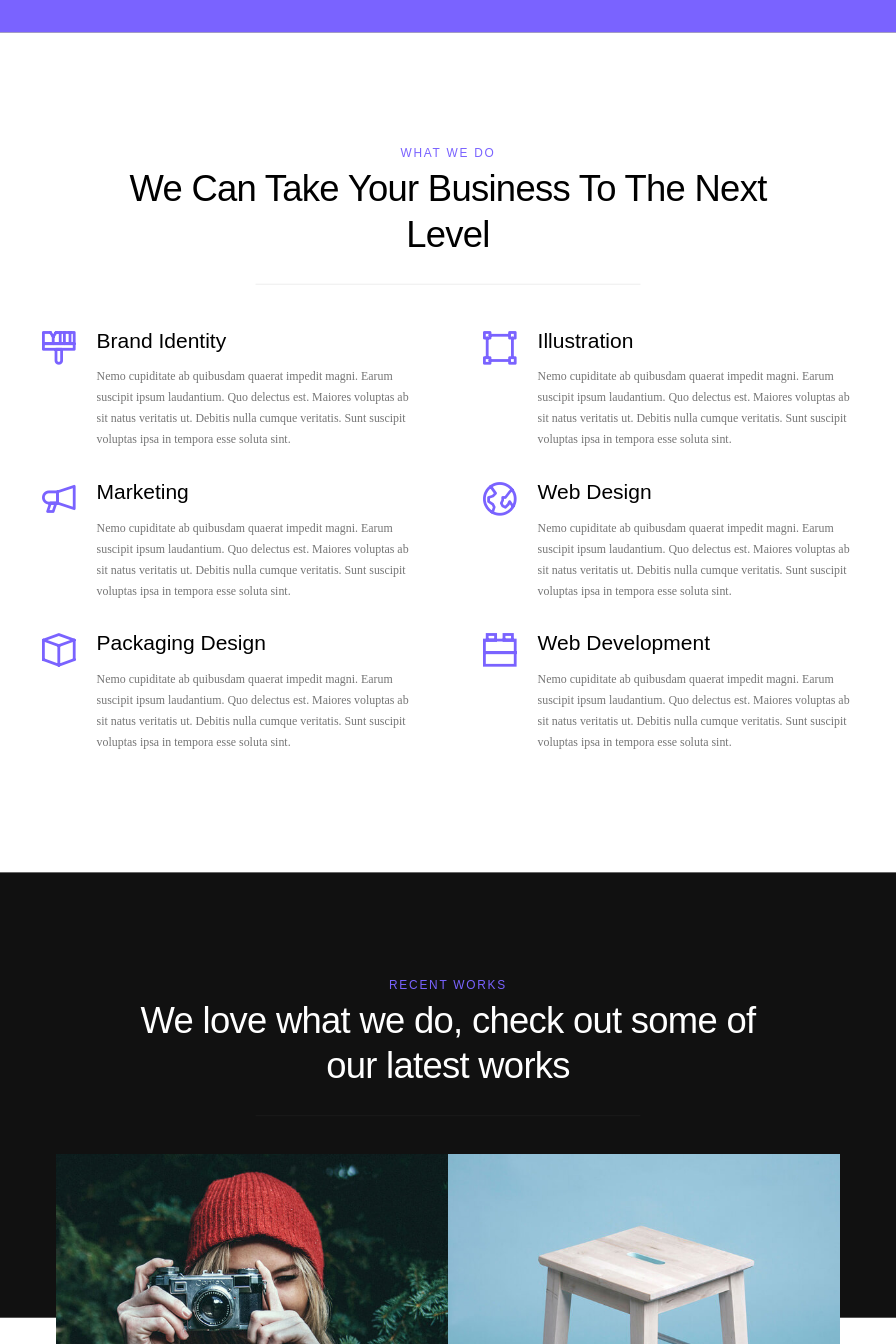
Repository: ahsankalim09/light-Agency
Page: index.html
The author's editor kept a copy of each file at every save. The page is drawn from the files as they stood at one save, then again after the next save.
The browser window is 1280 px wide. The pictures show the part of the page from y = 1588 to 3508 px (the page is 8360 px tall before and 8329 px after), at 70% of full size.
Some web fonts or font styles are not loaded; a fallback is used.

Above is the page before, as saved 2020-12-27 19:32:28.

### index.html
<!DOCTYPE html>
<!--[if lt IE 9 ]><html class="no-js oldie" lang="en"> <![endif]-->
<!--[if IE 9 ]><html class="no-js oldie ie9" lang="en"> <![endif]-->
<!--[if (gte IE 9)|!(IE)]><!-->
<html class="no-js" lang="en">
<!--<![endif]-->

<!-- Mirrored from preview.colorlib.com/theme/Softive Solutions/ by HTTrack Website Copier/3.x [XR&CO'2014], Sun, 27 Dec 2020 13:01:51 GMT -->
<head>

<meta charset="utf-8">
<title>Softive Solutions</title>
<meta name="description" content="">
<meta name="author" content="">

<meta name="viewport" content="width=device-width, initial-scale=1">

<link rel="stylesheet" href="css/base.css">
<link rel="stylesheet" href="css/vendor.css">
<link rel="stylesheet" href="css/main.css">

<script src="js/modernizr.js"></script>
<script src="js/pace.min.js"></script>

<link rel="shortcut icon" href="favicon.ico" type="image/x-icon">
<link rel="icon" href="favicon.ico" type="image/x-icon">
</head>
<body id="top">

<header class="s-header">
<div class="header-logo">
<a class="site-logo" href="index-2.html">
<img src="images/logo.png" alt="Homepage">
</a>
</div>
<nav class="header-nav">
<a href="#0" class="header-nav__close" title="close"><span>Close</span></a>
<div class="header-nav__content">
<h3>Navigation</h3>
<ul class="header-nav__list">
<li class="current"><a class="smoothscroll" href="#home" title="home">Home</a></li>
<li><a class="smoothscroll" href="#about" title="about">About</a></li>
<li><a class="smoothscroll" href="#services" title="services">Services</a></li>
<li><a class="smoothscroll" href="#works" title="works">Works</a></li>
<li><a class="smoothscroll" href="#clients" title="clients">Clients</a></li>
<li><a class="smoothscroll" href="#contact" title="contact">Contact</a></li>
</ul>
<p>Perspiciatis hic praesentium nesciunt. Et neque a dolorum <a href='#0'>voluptatem</a> porro iusto sequi veritatis libero enim. Iusto id suscipit veritatis neque reprehenderit.</p>
<ul class="header-nav__social">
<li>
<a href="#"><i class="fa fa-facebook"></i></a>
</li>
<li>
<a href="#"><i class="fa fa-twitter"></i></a>
</li>
<li>
<a href="#"><i class="fa fa-instagram"></i></a>
</li>
<li>
<a href="#"><i class="fa fa-behance"></i></a>
</li>
<li>
<a href="#"><i class="fa fa-dribbble"></i></a>
</li>
</ul>
</div>
</nav>
<a class="header-menu-toggle" href="#0">
<span class="header-menu-text">Menu</span>
<span class="header-menu-icon"></span>
</a>
</header>

<section id="home" class="s-home target-section" data-parallax="scroll" data-image-src="images/hero-bg.jpg" data-natural-width=3000 data-natural-height=2000 data-position-y=center>
<div class="overlay"></div>
<div class="shadow-overlay"></div>
<div class="home-content">
<div class="row home-content__main">
<h3>Welcome to Softive Solutions</h3>
<h2 style="color: white;">
We are a creative group <br>
Influential brands and digital experiences <br>
for Website, Desktop and mobile applications.
</h2 >
<div class="home-content__buttons">
<a href="#contact" class="smoothscroll btn btn--stroke">
Start a Project
</a>
<a href="#about" class="smoothscroll btn btn--stroke">
More About Us
</a>
</div>
</div>
<div class="home-content__scroll">
<a href="#about" class="scroll-link smoothscroll">
<span>Scroll Down</span>
</a>
</div>
<div class="home-content__line"></div>
</div>
<ul class="home-social">
<li>
<a href="#0"><i class="fa fa-facebook" aria-hidden="true"></i><span>Facebook</span></a>
</li>
<li>
<a href="#0"><i class="fa fa-twitter" aria-hidden="true"></i><span>Twiiter</span></a>
</li>
<li>
<a href="#0"><i class="fa fa-instagram" aria-hidden="true"></i><span>Instagram</span></a>
</li>
<li>
<a href="#0"><i class="fa fa-behance" aria-hidden="true"></i><span>Behance</span></a>
</li>
<li>
<a href="#0"><i class="fa fa-dribbble" aria-hidden="true"></i><span>Dribbble</span></a>
</li>
</ul>

</section>

<section id='about' class="s-about">
<div class="row section-header has-bottom-sep" data-aos="fade-up">
<div class="col-full">
<h3 class="subhead subhead--dark">We Are</h3>
<h5 class="display-1 display-1--light">Softive Solutions</h5>
</div>
</div>
<div class="row about-desc" data-aos="fade-up">
<div class="col-full">
<p>
    Provides your business with the most comprehensive and affordable Internet marketing and Software development services to grow your business. We have all the tools and resources that can help you establish and develop your busines.
</p>
</div>
</div>
<div class="row about-stats stats block-1-4 block-m-1-2 block-mob-full" data-aos="fade-up">
<div class="col-block stats__col ">
<div class="stats__count">12</div>
<h5>Awards Received</h5>
</div>
<div class="col-block stats__col">
<div class="stats__count">155</div>
<h5>Technologies</h5>
</div>
<div class="col-block stats__col">
<div class="stats__count">98</div>
<h5>Projects Completed</h5>
</div>
<div class="col-block stats__col">
<div class="stats__count">122</div>
<h5>Happy Clients</h5>
</div>
</div>
<div class="about__line"></div>
</section>

<section id='services' class="s-services">
<div class="row section-header has-bottom-sep" data-aos="fade-up">
<div class="col-full">
<h3 class="subhead">What We Do</h3>
<h1 class="display-2">We Can Take Your Business To The Next Level</h1>
</div>
</div>
<div class="row services-list block-1-2 block-tab-full">
<div class="col-block service-item" data-aos="fade-up">
<div class="service-icon">
<i class="icon-paint-brush"></i>
</div>
<div class="service-text">
<h3 class="h2">Brand Identity</h3>
<p>Nemo cupiditate ab quibusdam quaerat impedit magni. Earum suscipit ipsum laudantium.
Quo delectus est. Maiores voluptas ab sit natus veritatis ut. Debitis nulla cumque veritatis.
Sunt suscipit voluptas ipsa in tempora esse soluta sint.
</p>
</div>
</div>
<div class="col-block service-item" data-aos="fade-up">
<div class="service-icon">
<i class="icon-group"></i>
</div>
<div class="service-text">
<h3 class="h2">Illustration</h3>
<p>Nemo cupiditate ab quibusdam quaerat impedit magni. Earum suscipit ipsum laudantium.
Quo delectus est. Maiores voluptas ab sit natus veritatis ut. Debitis nulla cumque veritatis.
Sunt suscipit voluptas ipsa in tempora esse soluta sint.
</p>
</div>
</div>
<div class="col-block service-item" data-aos="fade-up">
<div class="service-icon">
<i class="icon-megaphone"></i>
</div>
<div class="service-text">
<h3 class="h2">Marketing</h3>
<p>Nemo cupiditate ab quibusdam quaerat impedit magni. Earum suscipit ipsum laudantium.
Quo delectus est. Maiores voluptas ab sit natus veritatis ut. Debitis nulla cumque veritatis.
Sunt suscipit voluptas ipsa in tempora esse soluta sint.
</p>
</div>
</div>
<div class="col-block service-item" data-aos="fade-up">
<div class="service-icon">
<i class="icon-earth"></i>
</div>
<div class="service-text">
<h3 class="h2">Web Design</h3>
<p>Nemo cupiditate ab quibusdam quaerat impedit magni. Earum suscipit ipsum laudantium.
Quo delectus est. Maiores voluptas ab sit natus veritatis ut. Debitis nulla cumque veritatis.
Sunt suscipit voluptas ipsa in tempora esse soluta sint.
</p>
</div>
</div>
<div class="col-block service-item" data-aos="fade-up">
<div class="service-icon">
<i class="icon-cube"></i>
</div>
<div class="service-text">
<h3 class="h2">Packaging Design</h3>
<p>Nemo cupiditate ab quibusdam quaerat impedit magni. Earum suscipit ipsum laudantium.
Quo delectus est. Maiores voluptas ab sit natus veritatis ut. Debitis nulla cumque veritatis.
Sunt suscipit voluptas ipsa in tempora esse soluta sint.
</p>
</div>
</div>
<div class="col-block service-item" data-aos="fade-up">
<div class="service-icon"><i class="icon-lego-block"></i></div>
<div class="service-text">
<h3 class="h2">Web Development</h3>
<p>Nemo cupiditate ab quibusdam quaerat impedit magni. Earum suscipit ipsum laudantium.
Quo delectus est. Maiores voluptas ab sit natus veritatis ut. Debitis nulla cumque veritatis.
Sunt suscipit voluptas ipsa in tempora esse soluta sint.
</p>
</div>
</div>
</div>
</section>

<section id='works' class="s-works">
<div class="intro-wrap">
<div class="row section-header has-bottom-sep light-sep" data-aos="fade-up">
<div class="col-full">
<h3 class="subhead">Recent Works</h3>
<h1 class="display-2 display-2--light">We love what we do, check out some of our latest works</h1>
</div>
</div>
</div>
<div class="row works-content">
<div class="col-full masonry-wrap">
<div class="masonry">
<div class="masonry__brick" data-aos="fade-up">
<div class="item-folio">
<div class="item-folio__thumb">
<a href="images/portfolio/gallery/g-shutterbug.jpg" class="thumb-link" title="Shutterbug" data-size="1050x700">
<img src="images/portfolio/lady-shutterbug.jpg" srcset="images/portfolio/lady-shutterbug.jpg 1x, images/portfolio/lady-shutterbug@2x.jpg 2x" alt="">
</a>
</div>
<div class="item-folio__text">
<h3 class="item-folio__title">
Shutterbug
</h3>
<p class="item-folio__cat">
Branding
</p>
</div>
<a href="https://www.behance.net/" class="item-folio__project-link" title="Project link">
<i class="icon-link"></i>
</a>
<div class="item-folio__caption">
<p>Vero molestiae sed aut natus excepturi. Et tempora numquam. Temporibus iusto quo.Unde dolorem corrupti neque nisi.</p>
</div>
</div>
</div>
<div class="masonry__brick" data-aos="fade-up">
<div class="item-folio">
<div class="item-folio__thumb">
<a href="images/portfolio/gallery/g-woodcraft.jpg" class="thumb-link" title="Woodcraft" data-size="1050x700">
<img src="images/portfolio/woodcraft.jpg" srcset="images/portfolio/woodcraft.jpg 1x, images/portfolio/woodcraft@2x.jpg 2x" alt="">
</a>
</div>
<div class="item-folio__text">
<h3 class="item-folio__title">
Woodcraft
</h3>
<p class="item-folio__cat">
Web Design
</p>
</div>
<a href="https://www.behance.net/" class="item-folio__project-link" title="Project link">
<i class="icon-link"></i>
</a>
<div class="item-folio__caption">
<p>Vero molestiae sed aut natus excepturi. Et tempora numquam. Temporibus iusto quo.Unde dolorem corrupti neque nisi.</p>
</div>
</div>
</div>
<div class="masonry__brick" data-aos="fade-up">
<div class="item-folio">
<div class="item-folio__thumb">
<a href="images/portfolio/gallery/g-beetle.jpg" class="thumb-link" title="The Beetle Car" data-size="1050x700">
<img src="images/portfolio/the-beetle.jpg" srcset="images/portfolio/the-beetle.jpg 1x, images/portfolio/the-beetle@2x.jpg 2x" alt="">
</a>
</div>
<div class="item-folio__text">
<h3 class="item-folio__title">
The Beetle
</h3>
<p class="item-folio__cat">
Web Development
</p>
</div>
<a href="https://www.behance.net/" class="item-folio__project-link" title="Project link">
<i class="icon-link"></i>
</a>
<div class="item-folio__caption">
<p>Vero molestiae sed aut natus excepturi. Et tempora numquam. Temporibus iusto quo.Unde dolorem corrupti neque nisi.</p>
</div>
</div>
</div>
<div class="masonry__brick" data-aos="fade-up">
<div class="item-folio">
<div class="item-folio__thumb">
<a href="images/portfolio/gallery/g-grow-green.jpg" class="thumb-link" title="Grow Green" data-size="1050x700">
<img src="images/portfolio/grow-green.jpg" srcset="images/portfolio/grow-green.jpg 1x, images/portfolio/grow-green@2x.jpg 2x" alt="">
</a>
</div>
<div class="item-folio__text">
<h3 class="item-folio__title">
Grow Green
</h3>
<p class="item-folio__cat">
Branding
</p>
</div>
<a href="https://www.behance.net/" class="item-folio__project-link" title="Project link">
<i class="icon-link"></i>
</a>
<div class="item-folio__caption">
<p>Vero molestiae sed aut natus excepturi. Et tempora numquam. Temporibus iusto quo.Unde dolorem corrupti neque nisi.</p>
</div>
</div>
</div>
<div class="masonry__brick" data-aos="fade-up">
<div class="item-folio">
<div class="item-folio__thumb">
<a href="images/portfolio/gallery/g-guitarist.jpg" class="thumb-link" title="Guitarist" data-size="1050x700">
<img src="images/portfolio/guitarist.jpg" srcset="images/portfolio/guitarist.jpg 1x, images/portfolio/guitarist@2x.jpg 2x" alt="">
</a>
</div>
<div class="item-folio__text">
<h3 class="item-folio__title">
Guitarist
</h3>
<p class="item-folio__cat">
Web Design
</p>
</div>
<a href="https://www.behance.net/" class="item-folio__project-link" title="Project link">
<i class="icon-link"></i>
</a>
<div class="item-folio__caption">
<p>Vero molestiae sed aut natus excepturi. Et tempora numquam. Temporibus iusto quo.Unde dolorem corrupti neque nisi.</p>
</div>
</div>
</div>
<div class="masonry__brick" data-aos="fade-up">
<div class="item-folio">
<div class="item-folio__thumb">
<a href="images/portfolio/gallery/g-palmeira.jpg" class="thumb-link" title="Palmeira" data-size="1050x700">
<img src="images/portfolio/palmeira.jpg" srcset="images/portfolio/palmeira.jpg 1x, images/portfolio/palmeira@2x.jpg 2x" alt="">
 </a>
</div>
<div class="item-folio__text">
<h3 class="item-folio__title">
Palmeira
</h3>
<p class="item-folio__cat">
Web Design
</p>
</div>
<a href="https://www.behance.net/" class="item-folio__project-link" title="Project link">
<i class="icon-link"></i>
</a>
<div class="item-folio__caption">
<p>Vero molestiae sed aut natus excepturi. Et tempora numquam. Temporibus iusto quo.Unde dolorem corrupti neque nisi.</p>
</div>
</div>
</div>
</div>
</div>
</div>
</section>

<section id="clients" class="s-clients">
<div class="row section-header" data-aos="fade-up">
<div class="col-full">
<h3 class="subhead">Our Clients</h3>
<h1 class="display-2">Softive Solutions has been honored to
partner up with these clients</h1>
</div>
</div>
<div class="row clients-outer" data-aos="fade-up">
<div class="col-full">
<div class="clients">
<a href="#0" title="" class="clients__slide"><img src="images/clients/apple.png" /></a>
<a href="#0" title="" class="clients__slide"><img src="images/clients/atom.png" /></a>
<a href="#0" title="" class="clients__slide"><img src="images/clients/blackberry.png" /></a>
<a href="#0" title="" class="clients__slide"><img src="images/clients/dropbox.png" /></a>
<a href="#0" title="" class="clients__slide"><img src="images/clients/envato.png" /></a>
<a href="#0" title="" class="clients__slide"><img src="images/clients/firefox.png" /></a>
<a href="#0" title="" class="clients__slide"><img src="images/clients/joomla.png" /></a>
<a href="#0" title="" class="clients__slide"><img src="images/clients/magento.png" /></a>
</div>
</div>
</div>
<div class="row clients-testimonials" data-aos="fade-up">
<div class="col-full">
<div class="testimonials">
<div class="testimonials__slide">
<p>Qui ipsam temporibus quisquam vel. Maiores eos cumque distinctio nam accusantium ipsum.
Laudantium quia consequatur molestias delectus culpa facere hic dolores aperiam. Accusantium quos qui praesentium corpori.
Excepturi nam cupiditate culpa doloremque deleniti repellat.</p>
<img src="images/avatars/user-01.jpg" alt="Author image" class="testimonials__avatar">
<div class="testimonials__info">
<span class="testimonials__name">Tim Cook</span>
<span class="testimonials__pos">CEO, Apple</span>
</div>
</div>
<div class="testimonials__slide">
<p>Excepturi nam cupiditate culpa doloremque deleniti repellat. Veniam quos repellat voluptas animi adipisci.
Nisi eaque consequatur. Quasi voluptas eius distinctio. Atque eos maxime. Qui ipsam temporibus quisquam vel.</p>
<img src="images/avatars/user-05.jpg" alt="Author image" class="testimonials__avatar">
<div class="testimonials__info">
<span class="testimonials__name">Sundar Pichai</span>
<span class="testimonials__pos">CEO, Google</span>
</div>
</div>
<div class="testimonials__slide">
<p>Repellat dignissimos libero. Qui sed at corrupti expedita voluptas odit. Nihil ea quia nesciunt. Ducimus aut sed ipsam.
Autem eaque officia cum exercitationem sunt voluptatum accusamus. Quasi voluptas eius distinctio.</p>
<img src="images/avatars/user-02.jpg" alt="Author image" class="testimonials__avatar">
<div class="testimonials__info">
<span class="testimonials__name">Satya Nadella</span>
<span class="testimonials__pos">CEO, Microsoft</span>
</div>
</div>
</div>
</div>
</div>
</section>

<section id="contact" class="s-contact">
<div class="overlay"></div>
<div class="contact__line"></div>
<div class="row section-header" data-aos="fade-up">
<div class="col-full">
<h3 class="subhead">Contact Us</h3>
<h1 class="display-2 display-2--light">Reach out for a new project or just say hello</h1>
</div>
</div>
<div class="row contact-content" data-aos="fade-up">
<div class="contact-primary">
<h3 class="h6">Send Us A Message</h3>
<form name="contactForm" id="contactForm" method="post" action="#" novalidate="novalidate">
<fieldset>
<div class="form-field">
<input name="contactName" type="text" id="contactName" placeholder="Your Name" value="" minlength="2" required="" aria-required="true" class="full-width">
</div>
<div class="form-field">
<input name="contactEmail" type="email" id="contactEmail" placeholder="Your Email" value="" required="" aria-required="true" class="full-width">
</div>
<div class="form-field">
<input name="contactSubject" type="text" id="contactSubject" placeholder="Subject" value="" class="full-width">
</div>
<div class="form-field">
<textarea name="contactMessage" id="contactMessage" placeholder="Your Message" rows="10" cols="50" required="" aria-required="true" class="full-width"></textarea>
</div>
<div class="form-field">
<button class="full-width btn--primary">Submit</button>
<div class="submit-loader">
<div class="text-loader">Sending...</div>
<div class="s-loader">
<div class="bounce1"></div>
<div class="bounce2"></div>
<div class="bounce3"></div>
</div>
</div>
</div>
</fieldset>
</form>

<div class="message-warning">
Something went wrong. Please try again.
</div>

 <div class="message-success">
Your message was sent, thank you!<br>
</div>
</div>
<div class="contact-secondary">
<div class="contact-info">
<h3 class="h6 hide-on-fullwidth">Contact Info</h3>
<div class="cinfo">
<h5>Where to Find Us</h5>
<p>
1600 Amphitheatre Parkway<br>
Mountain View, CA<br>
94043 US
</p>
</div>
<div class="cinfo">
<h5>Email Us At</h5>
<p>
<a href="https://preview.colorlib.com/cdn-cgi/l/email-protection" class="__cf_email__" data-cfemail="15767a7b617476615572797c7b61667c61703b767a78">[email&#160;protected]</a><br>
<a href="https://preview.colorlib.com/cdn-cgi/l/email-protection" class="__cf_email__" data-cfemail="4e272028210e292227203a3d273a2b602d2123">[email&#160;protected]</a>
</p>
</div>
<div class="cinfo">
<h5>Call Us At</h5>
<p>
Phone: (+63) 555 1212<br>
Mobile: (+63) 555 0100<br>
Fax: (+63) 555 0101
</p>
</div>
<ul class="contact-social">
<li>
<a href="#"><i class="fa fa-facebook" aria-hidden="true"></i></a>
</li>
<li>
<a href="#"><i class="fa fa-twitter" aria-hidden="true"></i></a>
</li>
<li>
<a href="#"><i class="fa fa-instagram" aria-hidden="true"></i></a>
</li>
<li>
<a href="#"><i class="fa fa-behance" aria-hidden="true"></i></a>
</li>
<li>
<a href="#"><i class="fa fa-dribbble" aria-hidden="true"></i></a>
</li>
</ul>
</div>
</div>
</div>
</section>

<footer>
<div class="row footer-main">
<div class="col-six tab-full left footer-desc">
<div class="footer-logo"></div>
Proin eget tortor risus. Mauris blandit aliquet elit, eget tincidunt nibh pulvinar a. Praesent sapien massa, convallis a pellentesque nec, egestas non nisi. Mauris blandit aliquet elit, eget tincidunt nibh pulvinar a. Nulla porttitor accumsan tincidunt. Nulla porttitor accumsan tincidunt. Quaerat voluptas autem necessitatibus vitae aut.
</div>
<div class="col-six tab-full right footer-subscribe">
<h4>Get Notified</h4>
<p>Quia quo qui sed odit. Quaerat voluptas autem necessitatibus vitae aut non alias sed quia. Ut itaque enim optio ut excepturi deserunt iusto porro.</p>
<div class="subscribe-form">
<form id="mc-form" class="group" novalidate="true">
<input type="email" value="" name="EMAIL" class="email" id="mc-email" placeholder="Email Address" required="">
<input type="submit" name="subscribe" value="Subscribe">
<label for="mc-email" class="subscribe-message"></label>
</form>
</div>
</div>
</div>
<div class="row footer-bottom">
<div class="col-twelve">
<div class="copyright">
<span>© Copyright Softive Solutions 2021</span>
</div>
<div class="go-top">
<a class="smoothscroll" title="Back to Top" href="#top"><i class="icon-arrow-up" aria-hidden="true"></i></a>
</div>
</div>
</div>
</footer>

<div aria-hidden="true" class="pswp" role="dialog" tabindex="-1">
<div class="pswp__bg"></div>
<div class="pswp__scroll-wrap">
<div class="pswp__container">
<div class="pswp__item"></div>
<div class="pswp__item"></div>
<div class="pswp__item"></div>
</div>
<div class="pswp__ui pswp__ui--hidden">
<div class="pswp__top-bar">
<div class="pswp__counter"></div><button class="pswp__button pswp__button--close" title="Close (Esc)"></button> <button class="pswp__button pswp__button--share" title="Share"></button> <button class="pswp__button pswp__button--fs" title="Toggle fullscreen"></button> <button class="pswp__button pswp__button--zoom" title="Zoom in/out"></button>
<div class="pswp__preloader">
<div class="pswp__preloader__icn">
<div class="pswp__preloader__cut">
<div class="pswp__preloader__donut"></div>
</div>
</div>
</div>
</div>
<div class="pswp__share-modal pswp__share-modal--hidden pswp__single-tap">
<div class="pswp__share-tooltip"></div>
</div><button class="pswp__button pswp__button--arrow--left" title="Previous (arrow left)"></button> <button class="pswp__button pswp__button--arrow--right" title="Next (arrow right)"></button>
<div class="pswp__caption">
<div class="pswp__caption__center"></div>
</div>
</div>
</div>
</div>

<div id="preloader">
<div id="loader">
<div class="line-scale-pulse-out">
<div></div>
<div></div>
<div></div>
<div></div>
<div></div>
</div>
</div>
</div>

<script data-cfasync="false" src="../../cdn-cgi/scripts/5c5dd728/cloudflare-static/email-decode.min.js"></script><script src="js/jquery-3.2.1.min.js"></script>
<script src="js/plugins.js"></script>
<script src="js/main.js"></script>
</body>

<!-- Mirrored from preview.colorlib.com/theme/Softive Solutions/ by HTTrack Website Copier/3.x [XR&CO'2014], Sun, 27 Dec 2020 13:02:02 GMT -->
</html>

Loaded but not shown: css/base.css (library); css/vendor.css (library); js/modernizr.js (library); js/pace.min.js (library); css/font-awesome/css/font-awesome.min.css (library); css/micons/micons.css (library); js/jquery-3.2.1.min.js (library); js/plugins.js (library); js/main.js (library); css/main.css (2964 lines, source omitted)

After the next save:
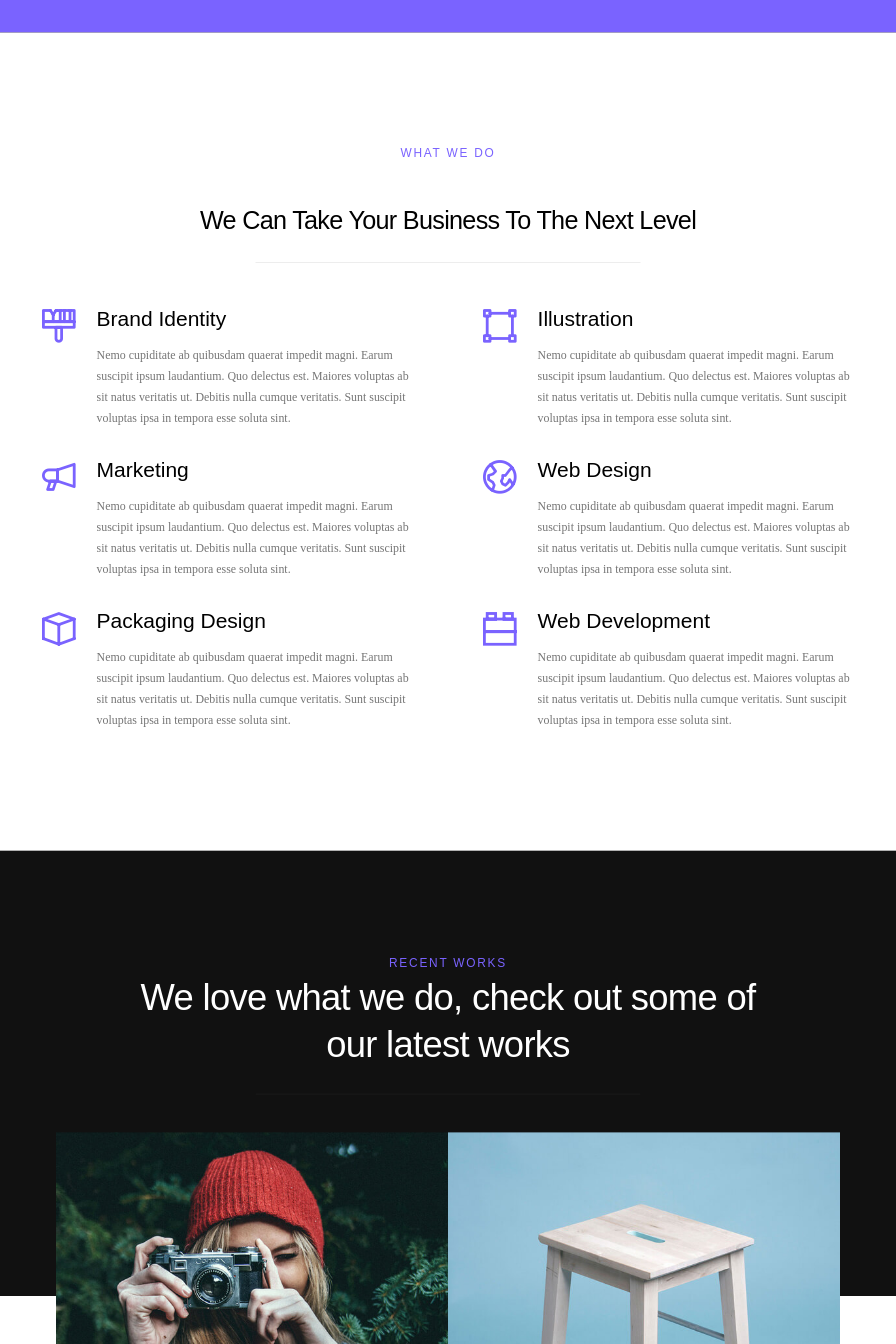
Saved 20 s later.
--- a/index.html
+++ b/index.html
@@ -157,7 +157,7 @@ More About Us
 <div class="row section-header has-bottom-sep" data-aos="fade-up">
 <div class="col-full">
 <h3 class="subhead">What We Do</h3>
-<h1 class="display-2">We Can Take Your Business To The Next Level</h1>
+<h1 class="display-3">We Can Take Your Business To The Next Level</h1>
 </div>
 </div>
 <div class="row services-list block-1-2 block-tab-full">
